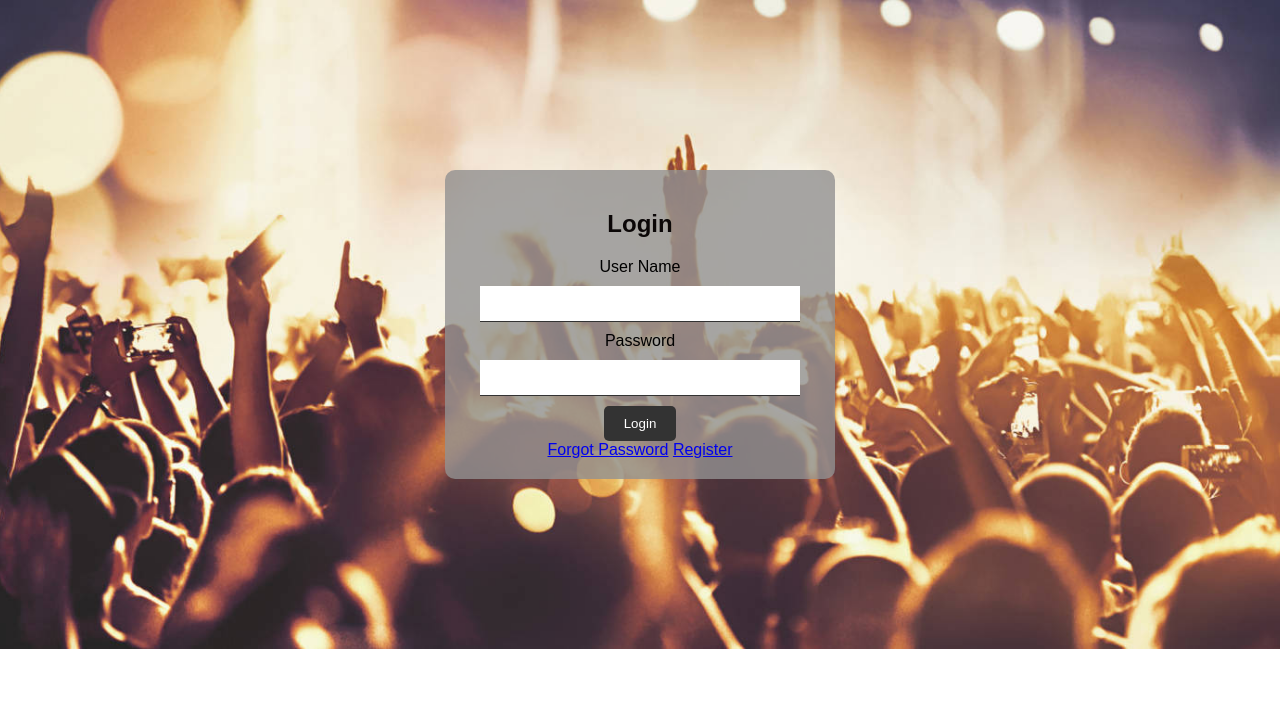
Repository: Dulankayapa/2ndyearoopprojrct
Page: http://localhost/feedback/login.jsp
An editor plug-in stored every save of this project. The page is shown before and after the next save, followed by the edit.
The browser window is 1280 px wide. The pictures show the whole page.
The page is served by Tomcat 9.

Above is the page before, as saved 2023-10-23 12:05:20.

After the next save:
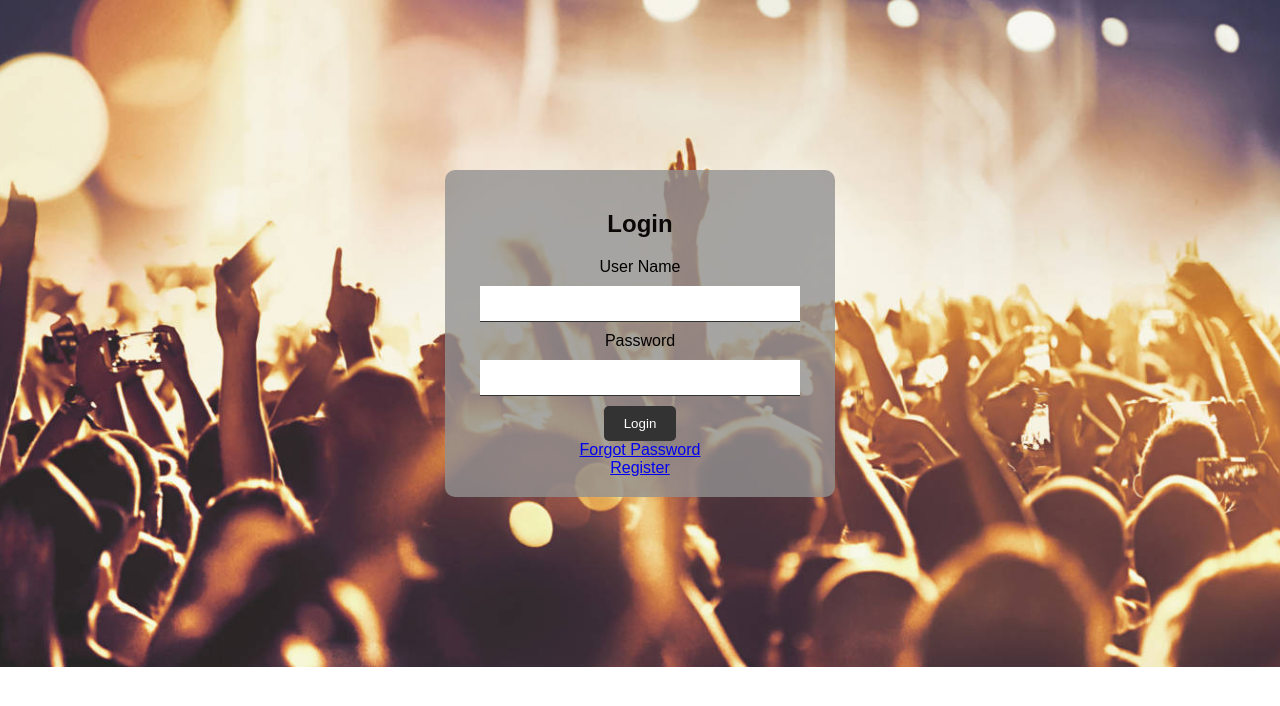
Saved 20 s later.
--- a/feedback/src/main/webapp/login.jsp
+++ b/feedback/src/main/webapp/login.jsp
@@ -60,7 +60,7 @@
         User Name <input type="text" name="uid" required><br>
         Password <input type="password" name="pass" required><br>
         <input type="submit" name="submit" value="Login"><br>
-        <a href ="updateaccount.jsp">Forgot Password</a>
+        <a href ="updateaccount.jsp">Forgot Password</a><br>
         <a href="Registration.jsp">   Register </a>
     </form>
     </div>
